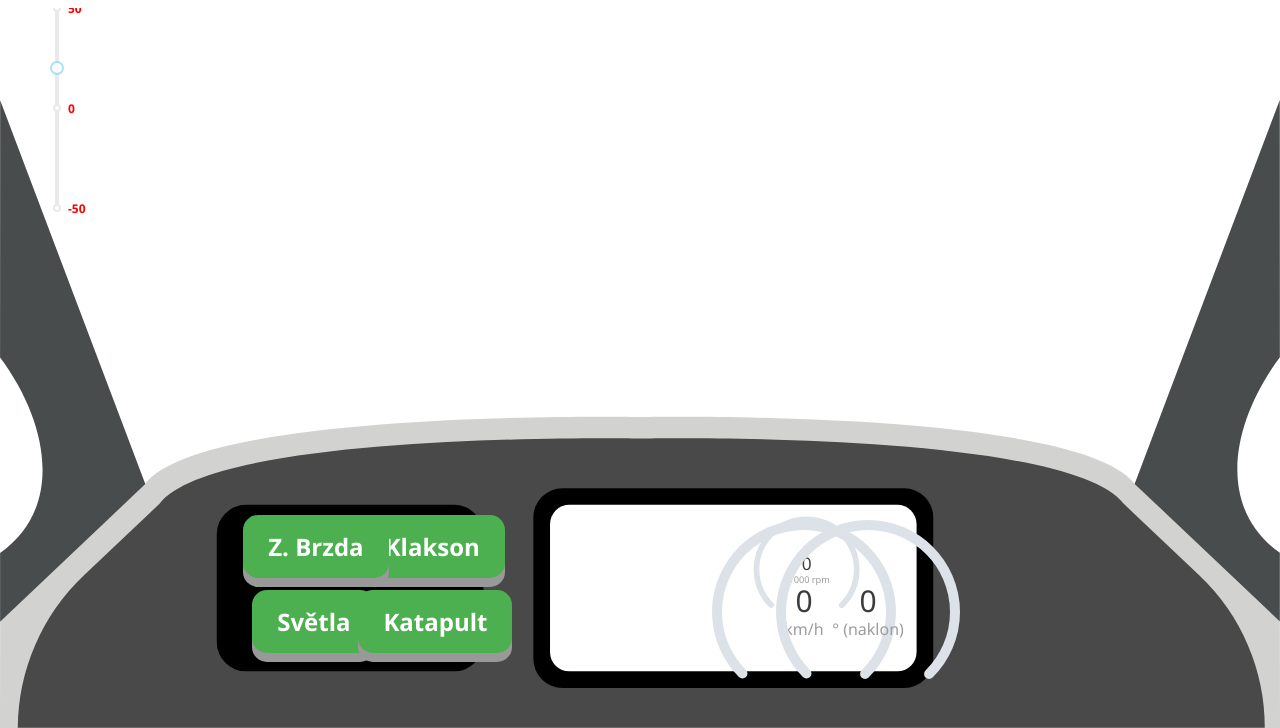
Repository: matyasvelc/train
Page: / (app in frontend/)
The author's editor kept a copy of each file at every save. The page is drawn from the files as they stood at one save, then again after the next save.
The browser window is 1280 px wide. The pictures show the whole page.
The page's requests for data from a server got no answer. The project was rebuilt for these pictures with package versions that can differ from the ones it lists, and the page was loaded fresh each time. No one was signed in, and anything a server would have sent is missing.

Above is the page before, as saved 2022-04-04 17:40:03.

### frontend/src/index.js
import React, { useEffect } from 'react'
import ReactDOM from 'react-dom'
import Progress from './lib/progress'
import './styles.css'
import Slider, { Range } from 'rc-slider';
import 'rc-slider/assets/index.css';

async function postData(url = '', data = {}) {
  // Default options are marked with *
  const response = await fetch(url, {
    method: 'POST', // *GET, POST, PUT, DELETE, etc.
    cache: 'no-cache', // *default, no-cache, reload, force-cache, only-if-cached
    headers: {
      'Content-Type': 'application/json'
    },
    redirect: 'follow', // manual, *follow, error
    referrerPolicy: 'no-referrer', // no-referrer, *no-referrer-when-downgrade, origin, origin-when-cross-origin, same-origin, strict-origin, strict-origin-when-cross-origin, unsafe-url
    body: JSON.stringify(data) // body data type must match "Content-Type" header
  });
  return response.json(); // parses JSON response into native JavaScript objects
}

const style = { float: 'left', width: 160, height: 200, marginBottom: 160, marginLeft: 50 };
const parentStyle = { overflow: 'hidden' };

const marks = {
  '-50': {
    style: {
      color: 'red',
    },
    label: <strong>-50</strong>,
  },
  0: {
    style: {
      color: 'red',
    },
    label: <strong>0</strong>,
  },
  50: {
    style: {
      color: 'red',
    },
    label: <strong>50</strong>,
  },
};

function App() {
  const [temp, setTemp] = React.useState()
  const [rpm, setRpm] = React.useState()
  const [speed, setSpeed] = React.useState()
  const [svetlo, setSvetlo] = React.useState()
  const [rychlost, setRychlost] = React.useState()

  useEffect(() => {
    const timer = setInterval(() => {
      fetch('http://127.0.0.1:5000/getSpeed')
        .then(res => {
          return res.json();
        })
        .then(data => {
          setSpeed(data.speed);
        });
    }, 1000);

    return () => clearInterval(timer);
  }, []);

  useEffect(() => {
    const timer = setInterval(() => {
      fetch('http://127.0.0.1:5000/getAngle')
        .then(res => {
          return res.json();
        })
        .then(data => {
          setTemp(data.angle);
        });
    }, 1000);

    return () => clearInterval(timer);
  }, []);

  useEffect(() => {
    const timer = setInterval(() => {
      fetch('http://127.0.0.1:5000/getRpm')
        .then(res => {
          return res.json();
        })
        .then(data => {
          setRpm(data.engine_speed);
        });
      }, 1000);

      return () => clearInterval(timer);
  }, []);

  function Svetlo() {
    console.log(svetlo);
    setSvetlo(!svetlo);
    postData('http://127.0.0.1:5000/setLightStatus', {"lights": !svetlo})
  }

  function Rychlost(value) {
    console.log(value);
    setRychlost(value);
    postData('http://127.0.0.1:5000/setSpeed', {"speed": value})
  }

  return (
    <div className="demo">
      <div className='vlak'>
      <div className='budik1'>
      <Progress
        className="budik1"
        progress={rpm}
        max={4}
        subtitle="*1000 rpm"
        reduction={0.25}
        hideBall
        strokeWidth={10}
        gradient={[{stop: 0.0, color: '#f6416d'}, {stop: 1, color: '#fa6d7c'}]} />
      </div>
      <div className='budik2'>
      <Progress
        progress={speed}
        max={100}
        subtitle="km/h"
        reduction={0.25}
        hideBall
        strokeWidth={10} />
      </div>
      <div className='budik3'>
      <Progress
        progress={temp}
        min={-45}
        max={45}
        subtitle="° (naklon)"
        strokeWidth={10}
        reduction={0.25}
        hideBall
        gradient={[{stop: 0.0, color: '#f6416d'}, {stop: 1, color: '#fa6d7c'}]} />
      </div>
        </div>
        <input id='svetla' class="svetla" onClick={Svetlo} checked={svetlo} type='checkbox'></input>
        <label class="button a" htmlFor='svetla'>Světla</label>
        <button class="button b" >Katapult</button>
        <button class="button c" >Klakson</button>
        <button class="button d" >Z. Brzda</button>
        <div style={parentStyle}>
          <div style={style}>
            <Slider vertical min={-50} max={50} step={2} marks={marks} included={false} onAfterChange={Rychlost} defaultValue={20}/>
          </div>
        </div>
        </div>
  )
}

ReactDOM.render(<App />, document.getElementById('root'))

### frontend/src/styles.css
body {
  background: none;
  font-family: 'Segoe UI', Tahoma, Geneva, Verdana, sans-serif;
  caret-color: transparent;
  user-select: none;
  overflow: hidden;
  padding: 0;
  left: 0;
  width: 100%;
  height: 100%;
}

.demo > div {
  width: 100%;
  height: 100%;
  position: absolute;
  left: 0;
  display: inline-block;
}
.vlak {
  background-image:url(./train.svg);
  background-repeat: no-repeat;
  background-size: 100%;
  width: 100%;
  height: 100%;
  overflow: hidden;
  background-position: bottom;
  position: absolute;
  display: inline-block;
}
.budik1{
  position: absolute;
  top: 70%;
  left: 45%;
  width: 30%;
}
.budik2{
  position: absolute;
  top: 70%;
  left: 55%;
}
.budik3{
  position: absolute;
  top: 70%;
  left: 60%;
}
.button {
  font-family: 'Segoe UI', Tahoma, Geneva, Verdana, sans-serif;
  display: inline-block;
  padding: 15px 25px;
  font-size: 24px;
  cursor: pointer;
  text-align: center;
  text-decoration: none;
  outline: none;
  color: #fff;
  background-color: #4CAF50;
  border: none;
  border-radius: 15px;
  box-shadow: 0 9px #999;
  caret-color: transparent;
  user-select: none;
  font-weight:600;
  position: absolute;
}
.button:active {
  background-color: #3e8e41;
  box-shadow: 0 5px #666;
  transform: translateY(4px);
}
.a{
  position: absolute;
  top: 82%;
  left: 19.7%;
}
.b{
  position: absolute;
  top: 82%;
  left: 28%;
}
.c{
  position: absolute;
  top: 71.5%;
  left: 28.1%;
}
.d{
  position: absolute;
  top: 71.5%;
  left: 19%;
}
.svetla{
  display: none;
  caret-color: transparent;
  user-select: none;
  position: absolute;
}
.svetla:checked + .button{
  background-color: #3e8e41;
  box-shadow: 0 5px #666;
  transform: translateY(4px);
}
.rychlost{
  user-select:all;
  position: absolute;
  top: ;
  left: ;
}

### frontend/src/lib/progress.module.css
.progress {
  font-family: 'Segoe UI', Tahoma, Geneva, Verdana, sans-serif;
  width: 200px;
}

.svg {
  display: block;
  width: 100%;
}

Loaded but not shown: frontend/public/index.html (common file); frontend/src/lib/progress.js (library)

After the next save:
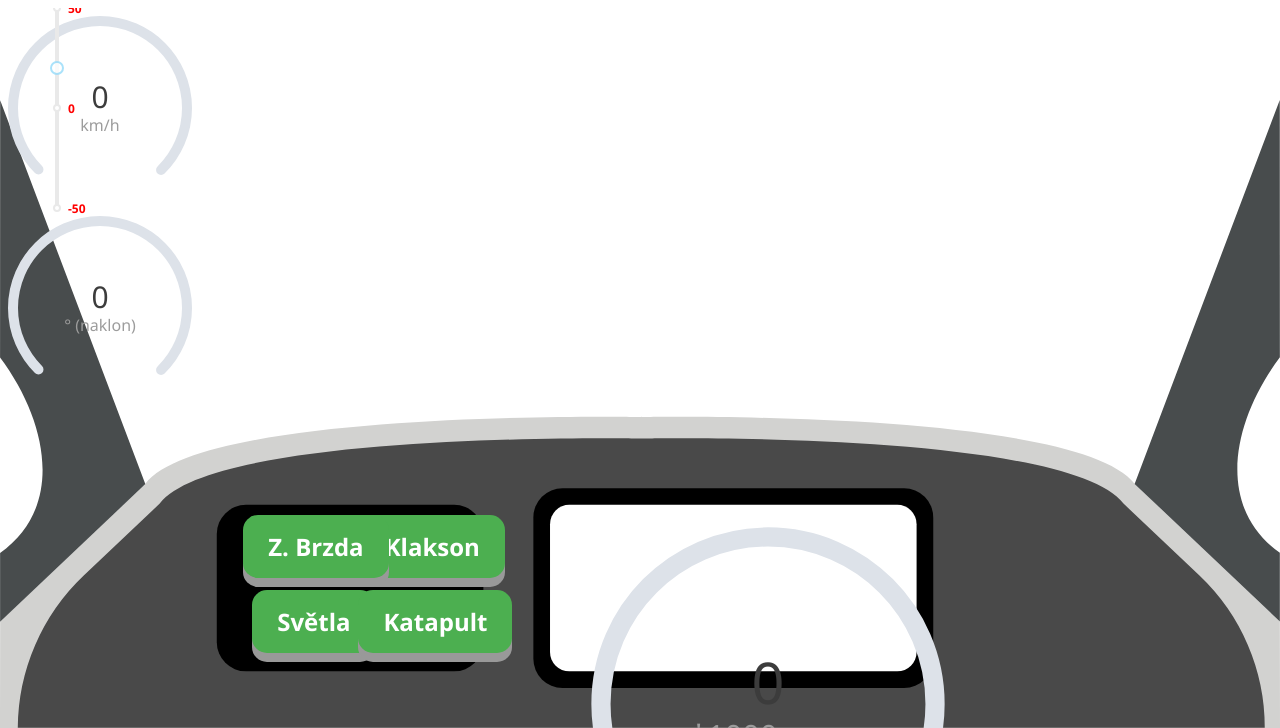
Saved 37 s later.
--- a/frontend/src/index.js
+++ b/frontend/src/index.js
@@ -108,7 +108,6 @@ function App() {
   return (
     <div className="demo">
       <div className='vlak'>
-      <div className='budik1'>
       <Progress
         className="budik1"
         progress={rpm}
@@ -118,8 +117,6 @@ function App() {
         hideBall
         strokeWidth={10}
         gradient={[{stop: 0.0, color: '#f6416d'}, {stop: 1, color: '#fa6d7c'}]} />
-      </div>
-      <div className='budik2'>
       <Progress
         progress={speed}
         max={100}
@@ -127,8 +124,6 @@ function App() {
         reduction={0.25}
         hideBall
         strokeWidth={10} />
-      </div>
-      <div className='budik3'>
       <Progress
         progress={temp}
         min={-45}
@@ -138,7 +133,6 @@ function App() {
         reduction={0.25}
         hideBall
         gradient={[{stop: 0.0, color: '#f6416d'}, {stop: 1, color: '#fa6d7c'}]} />
-      </div>
         </div>
         <input id='svetla' class="svetla" onClick={Svetlo} checked={svetlo} type='checkbox'></input>
         <label class="button a" htmlFor='svetla'>Světla</label>
